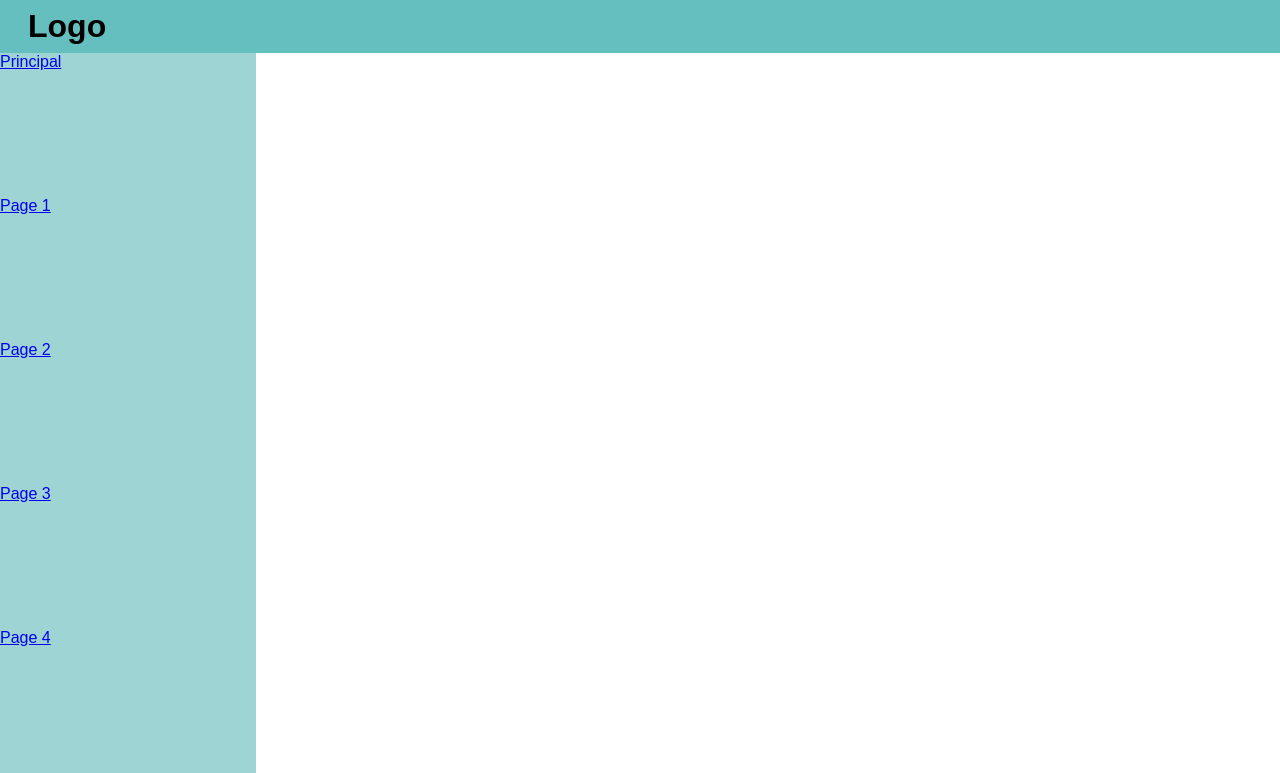
Repository: mateus-henrique-silva/Dashboard-pixel-facebook-react
Page: / (app in dashboard-pixel/)
An editor plug-in stored every save of this project. The page is shown before and after the next save, followed by the edit.
The browser window is 1280 px wide. The pictures show the whole page.
The project was rebuilt for these pictures with package versions that can differ from the ones it lists, and the page was loaded fresh each time.

Above is the page before, as saved 2022-07-07 17:38:06.

After the next save:
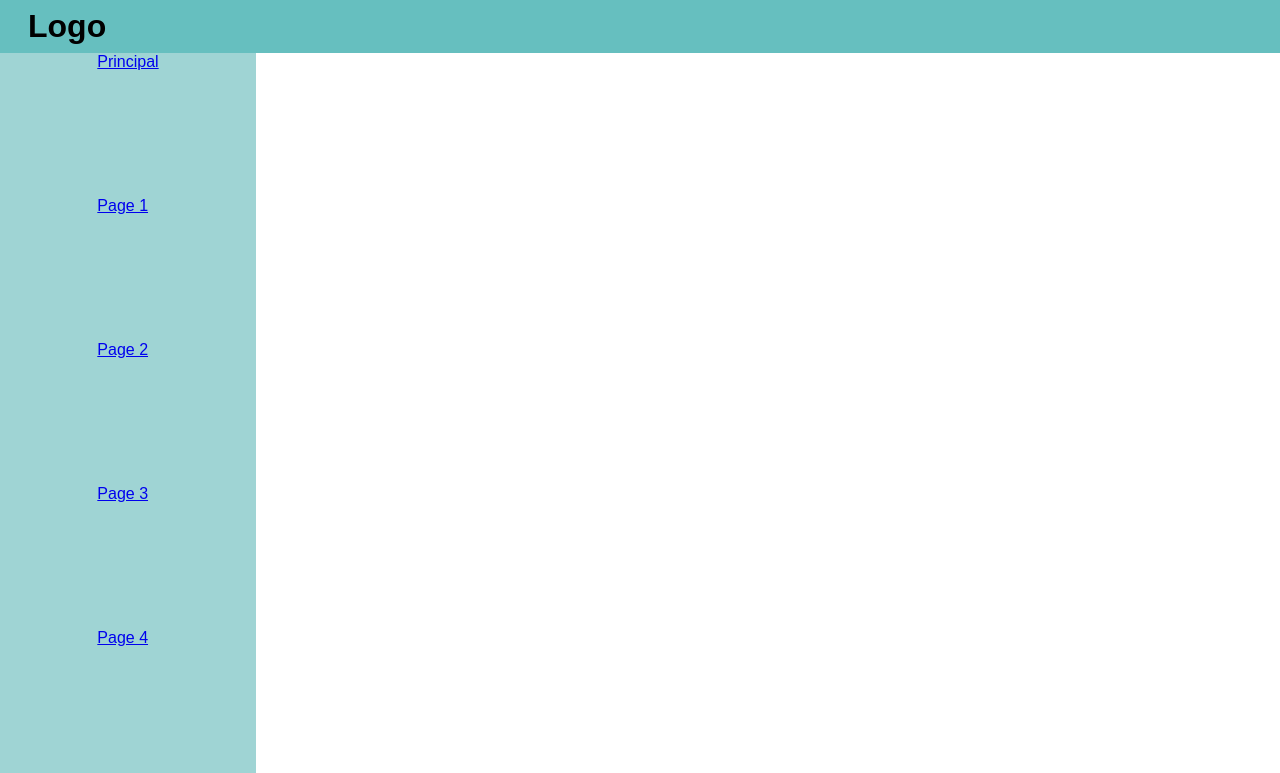
Saved 8 s later.
--- a/dashboard-pixel/src/Components/SideBar/SideBar.css
+++ b/dashboard-pixel/src/Components/SideBar/SideBar.css
@@ -11,7 +11,7 @@
 .Menu-tag{
     height:100%;
     display: grid;
-    justify-content:
+    justify-content:space-around;
 
 
 
